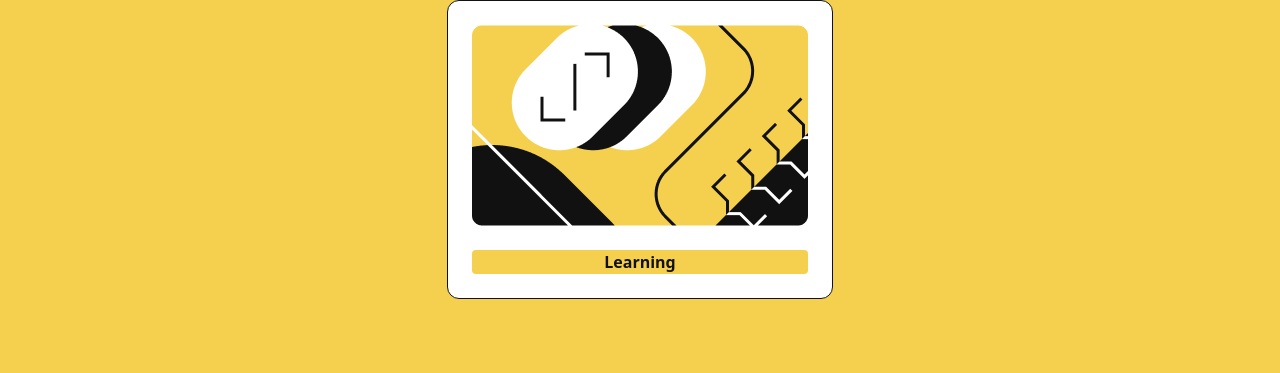
Repository: orcunelektirikci/fe-mentor-blogprev
Page: index.html
An editor plug-in stored every save of this project. The page is shown before and after the next save, followed by the edit.
The browser window is 1280 px wide. The pictures show the whole page.
Some web libraries are served in a nearby version.

Above is the page before, as saved 2024-04-12 16:48:13.

### index.html
<!DOCTYPE html>
<html lang="en">
<head>
    <meta charset="UTF-8">
    <meta name="viewport" content="width=device-width, initial-scale=1.0">
    <title>Blog Preview</title>
    <link rel="stylesheet" href="assets/css/style.css">
    <script src="https://cdn.tailwindcss.com"></script>

</head>
<body class="bg-yellow flex items-center justify-center h-full w-full">

    <div class="bg-white border-[1px] rounded-xl border-black shadow-3xl p-6 flex flex-col justify-evenly space-y-6">
        <img src="assets/img/blogimage.png" alt="">
        <button class="bg-yellow rounded font-semibold text-black inline" type="button">Learning</button>
    </div>

    <script src="/assets/js/main.js"></script>
</body>
</html>

### assets/css/style.css
@layer base {
    @font-face {
        font-family: 'Outfit';
        font-optical-sizing: auto;
        src: url('https://fonts.googleapis.com/css2?family=Figtree:ital,wght@0,300..900;1,300..900&display=swap');
    }
}

### assets/js/main.js
   tailwind.config = {
      theme: {
        fontFamily: {
          body: 'Figtree, sans-serif'
        },
        extend: {
          colors: {
            black: '#111',
            yellow: '#F4D04E',
            grey: '#7F7F7F',
            white: '#fff'
          }
        }
      }
    }

After the next save:
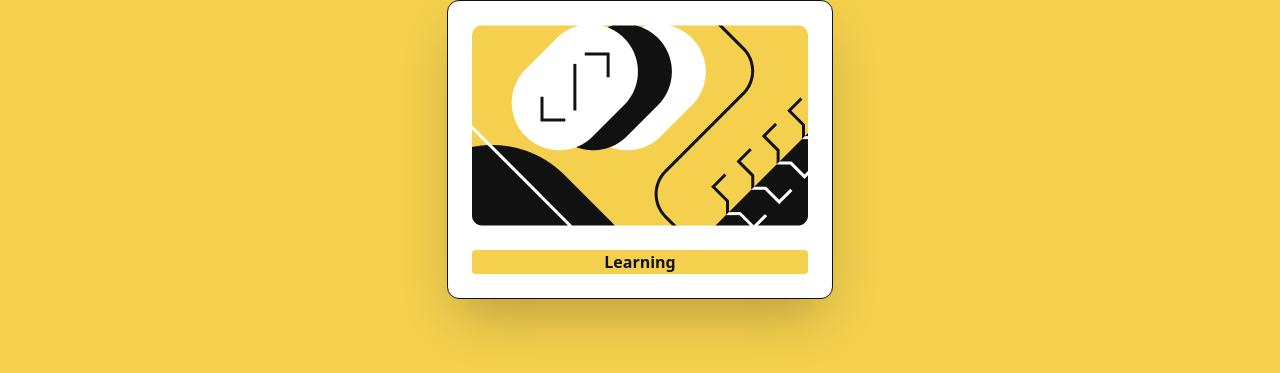
Saved 4 s later.
--- a/index.html
+++ b/index.html
@@ -10,7 +10,7 @@
 </head>
 <body class="bg-yellow flex items-center justify-center h-full w-full">
 
-    <div class="bg-white border-[1px] rounded-xl border-black shadow-3xl p-6 flex flex-col justify-evenly space-y-6">
+    <div class="bg-white border-[1px] rounded-xl border-black shadow-2xl p-6 flex flex-col justify-evenly space-y-6">
         <img src="assets/img/blogimage.png" alt="">
         <button class="bg-yellow rounded font-semibold text-black inline" type="button">Learning</button>
     </div>

After the save that followed:
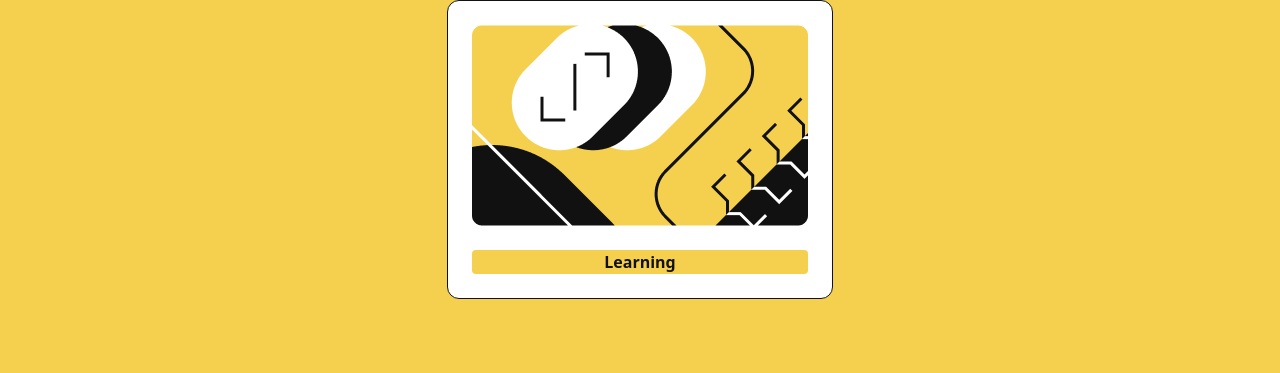
Saved 8 s later.
--- a/index.html
+++ b/index.html
@@ -10,7 +10,7 @@
 </head>
 <body class="bg-yellow flex items-center justify-center h-full w-full">
 
-    <div class="bg-white border-[1px] rounded-xl border-black shadow-2xl p-6 flex flex-col justify-evenly space-y-6">
+    <div class="bg-white border-[1px] rounded-xl border-black p-6 flex flex-col justify-evenly space-y-6">
         <img src="assets/img/blogimage.png" alt="">
         <button class="bg-yellow rounded font-semibold text-black inline" type="button">Learning</button>
     </div>
